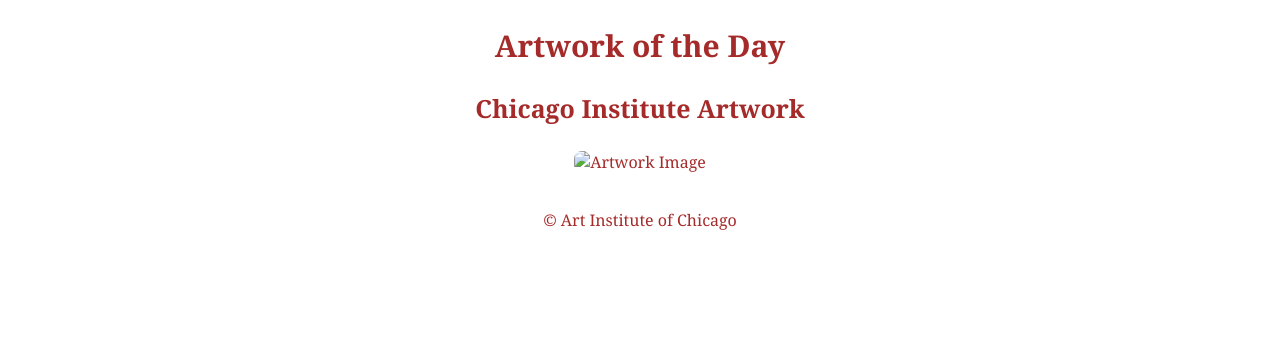
Repository: Bearandbird/amber-hinojos-API-project-haumea
Page: index.html
These files come from the project's save history. The page is drawn as it stood at one moment and after the next save; the edit follows.
The browser window is 1280 px wide. The pictures show the whole page.
The page's requests for data from a server got no answer.

Above is the page before, as saved 2024-05-25 08:53:06.

### index.html
<!DOCTYPE html>
<html lang="en">

<head>
    <link rel="stylesheet" href="./index.css"/>
    <meta charset="UTF-8" />
    <meta name="viewport" content="width=device-width, initial-scale=1.0" />
    <title> Art of the Day</title>

</head>

<body>
    <section id="artwork">
        <h1>Artwork of the Day</h1>
        <div id= "artwork-container">

        </div>
    </section>

    <section id="artworkSection">
        <h2 id="artworkName">Chicago Institute Artwork</h2>
        <h3 id="artworkTitle"></h3>
        <h4 id="artistTitleId"></h4>
        <div id="artistInfo"></div>
        <img id="artworkImage" alt="Artwork Image" />



        <footer>
            <p>&copy; Art Institute of Chicago</p>
        </footer>

<script src="./index.js"></script>

</body>

</html>

### index.css
body {
    font-family: Cambria, Cochin, Georgia, Times, 'Times New Roman', serif;
    background-color: #ffffff;
    color:brown;
    text-align: center;
  }

  h1 {
    color: brown;
    font-size: 30px;

  }

  h2 {
    font-size: 25px;
  }

  h3 {
    color:slategrey;
    font-style: italic;
    font-size: 20px;
    font-weight: lighter;
  }

  #artistTitleId {
    color: slategray;
    font-size: 20px;
    font-weight:lighter
}

.artistDates {
    font-size: 16px;
    color: #666;
    margin-bottom: 5px; /* Adjust the margin between birth and death dates */
}

  .container {
    max-width: 600px;
    margin: 0 auto;
    padding: 20px;
    background-color: #fff;
    border-radius: 8px;
    box-shadow: 0 4px 8px rgba(0, 0, 0, 0.1);
  }

  img {
    max-width: 30rem;
    margin-left: auto;
    margin-right: auto;
    border-radius: 8px;
    margin-bottom: 20px;
}

  .artwork-info {
    font-size: 16px;
  }

  .artwork-info p {
    margin: 0;
    margin-bottom: 10px;
  }

  .error-message {
    color: red;
  }

### index.js
const projectsSection = document.querySelector("#artwork");
const projectsList = projectsSection.querySelector("#artwork-container");

const artworkIds = [869,2189,2816,4081,4428,4575,4758,4773,4788,4796,4884,5357,5848,6565,6596,7021,7124,8624,8633,8958,8991,9010,9503,9512,11272,11320,11393,11434,11723,13720,13853,14572,14574,14591,14598,14655,14968,15401,15468,15563,16146,16169,16231,16298,16327,16362,16487,16488,16499,16551,16568,16571,16776,16964,18709,18757,19339,20432,20579,20684,21023,23333,23506,23684,23700,23972,24306,24548,24645,24836,25332,25853,25865,27307,27310,27984,27987,27992,28067,28560,28849,30709,30839,31285,34116,34181,34286,34299,35198,35376,36132,36161,37368,37761,38930,40619,42566,43060,43145,43714,44018,44741,44892,46230,46327,47149,49195,49686,49691,49702,49714,50148,50157,50276,50330,50909,51185,52560,52679,52736,53001,55249,55384,55706,56682,56731,56905,57051,57819,58540,59426,59787,59847,60031,60755,60812,61128,61428,61603,61608,62042,62371,63178,63234,63554,64276,64339,64724,64729,64818,64884,65290,65868,65916,66039,66434,66683,68769,68823,69109,69780,70003,70202,70207,70443,70739,71396,71829,72726,72728,72801,73216,73413,73417,75644,76054,76240,76244,76279,76295,76395,76571,76779,76816,76869,79307,79379,79507,79600,80062,80084,80479,80607,81512,81558,81564,83642,83889,83905,84241,84709,85533,86340,86385,86421,87045,87163,87479,87643,88724,88793,88977,89403,89856,90048,90300,90443,90536,90583,91194,91620,93345,93811,93900,95998,97402,97910,97916,99539,99602,99766,100079,100089,100250,100472,100829,100858,102131,102234,102295,102591,102611,102963,103347,103887,103943,104031,104043,104094,105073,105105,105203,105466,105800,106538,107069,107300,109275,109330,109439,109686,109780,109819,109926,110507,110634,110663,110881,111060,111164,111317,111377,111380,111400,111401,111436,111442,111559,111610,111617,111628,111642,111654,111810,112092,117188,117266,117271,118661,118746,119454,119521,120154,122054,125660,126981,127644,127859,129884,131385,131541,135430,137125,140645,142526,144272,144361,144969,145681,146701,146905,146953,146988,146989,146991,147003,147508,147513,148412,149681,149776,150054,150739,151358,151363,151371,151424,153244,153701,154232,154235,154237,154238,155969,156442,156474,156538,157056,157156,157160,159136,159824,160144,160201,160222,160226,180298,181091,181145,181774,182728,183077,183277,184095,184186,184193,184324,184362,184371,184672,185180,185184,185222,185619,185651,185760,185766,185905,185963,186047,186049,186392,187155,187165,187528,188540,188844,188845,189207,189289,189290,189595,189600,189715,189775,189807,189932,190224,190558,191197,191371,191454,191556,192689,192890,193664,196323,198809,199002,199854,207293,210482,210511,217201,218612,220179,220272,221885,223309,225016,227420,229351,229354,229393,229406,229510,229866,230189,234004,234433,234781,234972,238749];

//Randomly generate an index into the array to get a valid artwork id
const randomInt = Math.floor(Math.random() * artworkIds.length);
const randomId = artworkIds[randomInt];
console.log(randomId);
const url = `https://api.artic.edu/api/v1/artworks/${randomId}`;
console.log(url);

//fetch the url and if the data exists for the id, get info about the artwork and the art
fetch(url)
  .then((response) => {
    if (!response.ok) {
      throw new Error("Failure to Load");
    }
    return response.json(); // Parse the response as JSON
  })
  .then((data) => {
    //Get info about artwork
    console.log(data);
    const artwork = data.data;
    console.log(artwork);
    const title = artwork.title;
    console.log(artwork.title);
    const artistTitle = artwork.artist_title;
    console.log(artistTitle);
    const artistId = artwork.artist_id;
      const artworkImageID = artwork.image_id;
    console.log(artworkImageID);


    //Add the title to the html
    const artworkTitle = document.getElementById("artworkTitle");
    console.log(artworkTitle);
    artworkTitle.innerHTML = `Title: ${title}`;

    //If artist information is available, then add it to the html
    if (artistTitle != null) {
      const artistTitleElement = document.getElementById("artistTitleId");
      console.log(artistTitleElement);
      artistTitleElement.innerHTML = `Artist: ${artistTitle}`;
    }

    //Get the artwork image for the image id
    const artworkSrcString = `https://www.artic.edu/iiif/2/${artworkImageID}/full/843,/0/default.jpg`;
    console.log(artworkSrcString);

    //Add it to the img block
    const artworkImage = document.getElementById("artworkImage");
    artworkImage.setAttribute("src", artworkSrcString);

    console.log(artworkSrcString);

    // Fetch artist birth and death date if available
    if (artistId) {
      fetch(`https://api.artic.edu/api/v1/artists/${artistId}`)
        .then(response => {
          if (!response.ok) {
            throw new Error("Failed to load artist info");
          }
          return response.json();
        })
        .then(artistData => {
          console.log(artistData);
          const artist = artistData.data;
          const artistBirthDate = artist.birth_date;
          const artistDeathDate = artist.death_date;

          const artistInfoElement = document.getElementById("artistInfo");
          artistInfoElement.innerHTML = `
            <p>Birth Date: ${artistBirthDate}</p>
            <p>Death Date: ${artistDeathDate}</p>
          `;
        })
        .catch(error => console.error('Error fetching artist info:', error));
    }
  })
  .catch((error) => {
    console.error(`Image ${randomId} not found`, error);
  });

After the next save:
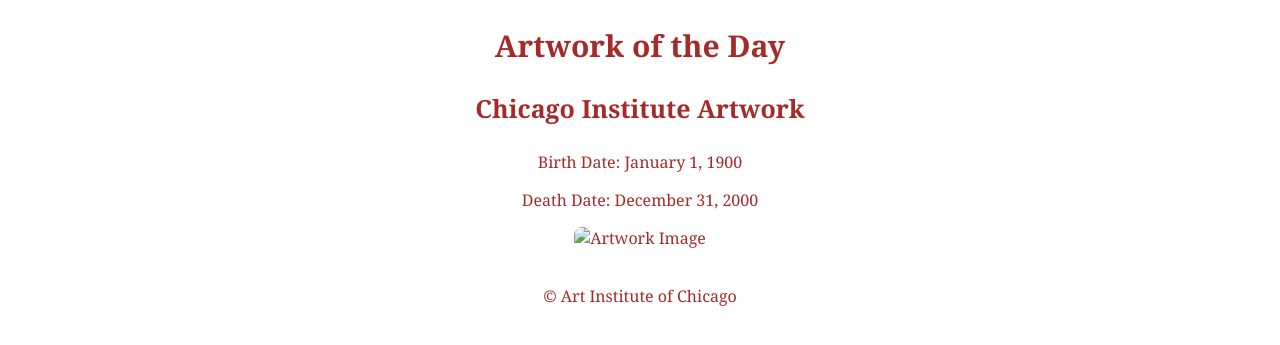
Saved 2 min 0 s later.
--- a/index.html
+++ b/index.html
@@ -21,7 +21,10 @@
         <h2 id="artworkName">Chicago Institute Artwork</h2>
         <h3 id="artworkTitle"></h3>
         <h4 id="artistTitleId"></h4>
-        <div id="artistInfo"></div>
+        <div id="artistInfo">
+            <p class="birthDate">Birth Date: January 1, 1900</p>
+            <p class="deathDate">Death Date: December 31, 2000</p>
+        </div>
         <img id="artworkImage" alt="Artwork Image" />
 
 

After the save that followed:
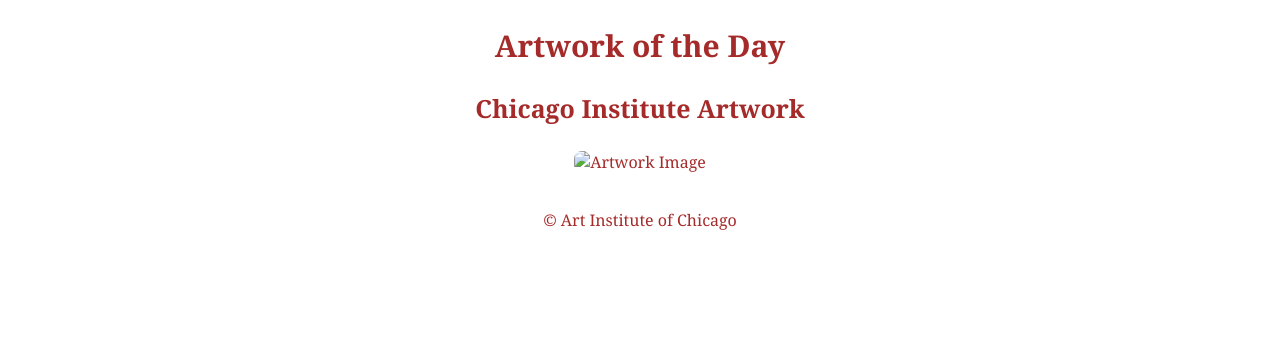
Saved 33 s later.
--- a/index.html
+++ b/index.html
@@ -21,10 +21,7 @@
         <h2 id="artworkName">Chicago Institute Artwork</h2>
         <h3 id="artworkTitle"></h3>
         <h4 id="artistTitleId"></h4>
-        <div id="artistInfo">
-            <p class="birthDate">Birth Date: January 1, 1900</p>
-            <p class="deathDate">Death Date: December 31, 2000</p>
-        </div>
+        <div id="artistInfo"></div>
         <img id="artworkImage" alt="Artwork Image" />
 
 
